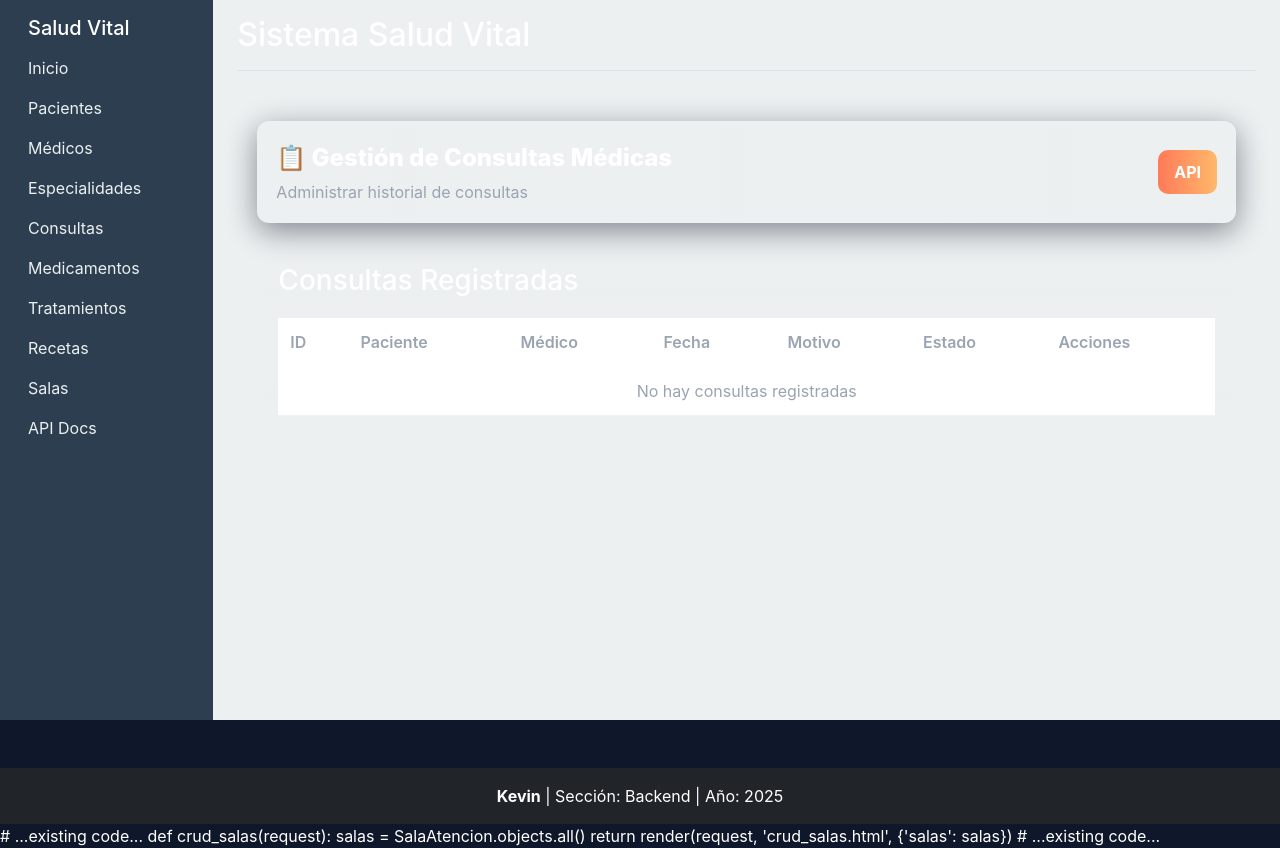
Repository: KeviNozh/eva2_clinica
Page: templates/crud_consultas.html
These files come from the project's save history. The page is drawn as it stood at one moment and after the next save; the edit follows.
The browser window is 1280 px wide. The pictures show the whole page.
The template is drawn by Django 5.2. The application's start-up code is not run. Other server files are loaded and not shown. The template is opened directly, without the code that normally fills it, so the values that code supplies are empty.

Above is the page before, as saved 2025-10-14 14:52:51.

### templates/crud_consultas.html
{% extends 'crud_base.html' %}

{% block crud_content %}
<header class="crud-header">
  <div>
    <div class="crud-title">📋 Gestión de Consultas Médicas</div>
    <div class="crud-subtitle">Administrar historial de consultas</div>
  </div>
  <div class="crud-actions">
    <a href="/api/consultas/" class="btn btn-secondary" target="_blank">API</a>
  </div>
</header>

<div class="crud-card">
  <h3>Consultas Registradas</h3>
  <table class="table">
    <thead>
      <tr>
        <th>ID</th>
        <th>Paciente</th>
        <th>Médico</th>
        <th>Fecha</th>
        <th>Motivo</th>
        <th>Estado</th>
        <th>Acciones</th>
      </tr>
    </thead>
    <tbody>
      {% for consulta in consultas %}
      <tr>
        <td>{{ consulta.id }}</td>
        <td>{{ consulta.paciente.nombre }} {{ consulta.paciente.apellido }}</td>
        <td>{{ consulta.medico.nombre }} {{ consulta.medico.apellido }}</td>
        <td>{{ consulta.fecha|date:"d/m/Y H:i" }}</td>
        <td>{{ consulta.motivo }}</td>
        <td>
          {% if consulta.estado == 'realizada' %}
            <span style="color: #34d399;">Realizada</span>
          {% elif consulta.estado == 'programada' %}
            <span style="color: #fbbf24;">Programada</span>
          {% else %}
            <span style="color: #ef4444;">Cancelada</span>
          {% endif %}
        </td>
        <td class="action-buttons">
          <a href="#" class="btn btn-edit btn-small">Editar</a>
          <form method="POST" action="{% url 'crud:eliminar_consulta' consulta.id %}" style="display: inline;">
            {% csrf_token %}
            <button type="submit" class="btn btn-delete btn-small" onclick="return confirm('¿Eliminar consulta?')">Eliminar</button>
            <!-- Botón Editar -->
<a href="{% url 'crud:editar_consulta' consulta.id %}" class="btn btn-edit btn-small">Editar</a>

<!-- Botón Eliminar -->
<form method="POST" action="{% url 'crud:eliminar_consulta' consulta.id %}" style="display: inline;">
    {% csrf_token %}
    <button type="submit" class="btn btn-delete btn-small" onclick="return confirm('¿Eliminar consulta?')">Eliminar</button>
</form>
          </form>
        </td>
      </tr>
      {% empty %}
      <tr>
        <td colspan="7" style="text-align: center; color: var(--muted);">No hay consultas registradas</td>
      </tr>
      {% endfor %}
    </tbody>
  </table>
</div>
{% endblock %}

### templates/crud_base.html
{% extends 'base.html' %}

{% block content %}
<!DOCTYPE html>
<html lang="es">
<head>
  <meta charset="utf-8" />
  <meta name="viewport" content="width=device-width,initial-scale=1" />
  <style>
  :root{
    --bg:#0f172a; --white:#ffffff; --muted:#9aa4b2;
    --c1-start:#7c3aed; --c1-end:#06b6d4;
    --c2-start:#ff7a59; --c2-end:#ffb86b;
    --radius:14px; --shadow-lg: 0 18px 60px rgba(2,6,23,0.5);
  }
  *{box-sizing:border-box}
  body{background:var(--bg);color:var(--white);margin:0;font-family:Inter,sans-serif;}
  .crud-container{max-width:1200px;margin:30px auto;padding:20px}
  .crud-header{display:flex;align-items:center;gap:16px;padding:18px;border-radius:12px;
    background:linear-gradient(90deg,rgba(255,255,255,0.03),rgba(255,255,255,0.02));
    border:1px solid rgba(255,255,255,0.04);box-shadow:0 8px 30px rgba(2,6,23,0.45);margin-bottom:20px}
  .crud-title{font-weight:800;font-size:24px}
  .crud-subtitle{color:var(--muted);margin-top:4px}
  .crud-actions{display:flex;gap:10px;margin-left:auto}
  .btn{padding:10px 16px;border-radius:10px;border:0;font-weight:700;cursor:pointer;color:var(--white)}
  .btn-primary{background:linear-gradient(90deg,var(--c1-start),var(--c1-end))}
  .btn-secondary{background:linear-gradient(90deg,var(--c2-start),var(--c2-end))}
  .crud-grid{display:grid;gap:16px;margin-top:20px}
  .crud-card{background:linear-gradient(180deg,rgba(255,255,255,0.02),rgba(255,255,255,0.01));
    padding:20px;border-radius:12px;border:1px solid rgba(255,255,255,0.03)}
  .form-group{margin-bottom:15px}
  .form-label{display:block;margin-bottom:5px;color:var(--muted);font-weight:600}
  .form-input{width:100%;padding:10px;border-radius:8px;border:1px solid rgba(255,255,255,0.1);
    background:rgba(255,255,255,0.05);color:var(--white)}
  .table{width:100%;border-collapse:collapse;margin-top:20px}
  .table th,.table td{padding:12px;text-align:left;border-bottom:1px solid rgba(255,255,255,0.1)}
  .table th{color:var(--muted);font-weight:600}
  .action-buttons{display:flex;gap:8px}
  .btn-small{padding:6px 12px;font-size:12px;border-radius:6px}
  .btn-edit{background:linear-gradient(90deg,#3b82f6,#06b6d4)}
  .btn-delete{background:linear-gradient(90deg,#ef4444,#f97316)}
  </style>
</head>
<body>
  <div class="crud-container">
    {% block crud_content %}
    {% endblock %}
  </div>
</body>
</html>
{% endblock %}

### templates/base.html
<!DOCTYPE html>
<html lang="es">
<head>
    <meta charset="UTF-8">
    <meta name="viewport" content="width=device-width, initial-scale=1.0">
    <title>Sistema Salud Vital</title>
    <link href="https://cdn.jsdelivr.net/npm/bootstrap@5.3.0/dist/css/bootstrap.min.css" rel="stylesheet">
    <style>
        .sidebar {
            min-height: 100vh;
            background-color: #2c3e50;
        }
        .sidebar .nav-link {
            color: #ecf0f1;
        }
        .sidebar .nav-link:hover {
            background-color: #34495e;
        }
        .main-content {
            background-color: #ecf0f1;
        }
    </style>
</head>
<body>
    <div class="container-fluid">
        <div class="row">
            <!-- Sidebar -->
            <nav class="col-md-3 col-lg-2 d-md-block sidebar collapse">
                <div class="position-sticky pt-3">
                    <h5 class="text-white px-3">Salud Vital</h5>
                    <ul class="nav flex-column">
                        <li class="nav-item">
                            <a class="nav-link" href="{% url 'inicio' %}">Inicio</a>
                        </li>
                        <li class="nav-item">
                            <a class="nav-link" href="{% url 'crud:crud_pacientes' %}">Pacientes</a>
                        </li>
                        <li class="nav-item">
                            <a class="nav-link" href="{% url 'crud:crud_medicos' %}">Médicos</a>
                        </li>
                        <li class="nav-item">
                            <a class="nav-link" href="{% url 'crud:crud_especialidades' %}">Especialidades</a>
                        </li>
                        <li class="nav-item">
                            <a class="nav-link" href="{% url 'crud:crud_consultas' %}">Consultas</a>
                        </li>
                        <li class="nav-item">
                            <a class="nav-link" href="{% url 'crud:crud_medicamentos' %}">Medicamentos</a>
                        </li>
                        <li class="nav-item">
                            <a class="nav-link" href="{% url 'crud:crud_tratamientos' %}">Tratamientos</a>
                        </li>
                        <li class="nav-item">
                            <a class="nav-link" href="{% url 'crud:crud_recetas' %}">Recetas</a>
                        </li>
                        <li class="nav-item">
                            <a class="nav-link" href="{% url 'crud:crud_salas' %}">Salas</a>
                        </li>
                        <li class="nav-item">
                            <a class="nav-link" href="/api/swagger/" target="_blank">API Docs</a>
                        </li>
                    </ul>
                </div>
            </nav>

            <!-- Main content -->
            <main class="col-md-9 ms-sm-auto col-lg-10 px-md-4 main-content">
                <div class="d-flex justify-content-between flex-wrap flex-md-nowrap align-items-center pt-3 pb-2 mb-3 border-bottom">
                    <h1 class="h2">{% block title %}Sistema Salud Vital{% endblock %}</h1>
                </div>

                <!-- Mensajes -->
                {% if messages %}
                <div class="messages">
                    {% for message in messages %}
                    <div class="alert alert-{{ message.tags }} alert-dismissible fade show" role="alert">
                        {{ message }}
                        <button type="button" class="btn-close" data-bs-dismiss="alert"></button>
                    </div>
                    {% endfor %}
                </div>
                {% endif %}

                <!-- Contenido principal -->
                {% block content %}
                {% endblock %}
            </main>
        </div>
    </div>

    <!-- Footer -->
    <footer class="bg-dark text-white text-center py-3 mt-5">
        <div class="container">
            <p class="mb-0">
                <strong>Kevin</strong> | Sección: Backend | Año: 2025
            </p>
        </div>
    </footer>

    <script src="https://cdn.jsdelivr.net/npm/bootstrap@5.3.0/dist/js/bootstrap.bundle.min.js"></script>
    {% block scripts %}
    {% endblock %}
</body>
</html># ...existing code...

def crud_salas(request):
    salas = SalaAtencion.objects.all()
    return render(request, 'crud_salas.html', {'salas': salas})

# ...existing code...

After the next save:
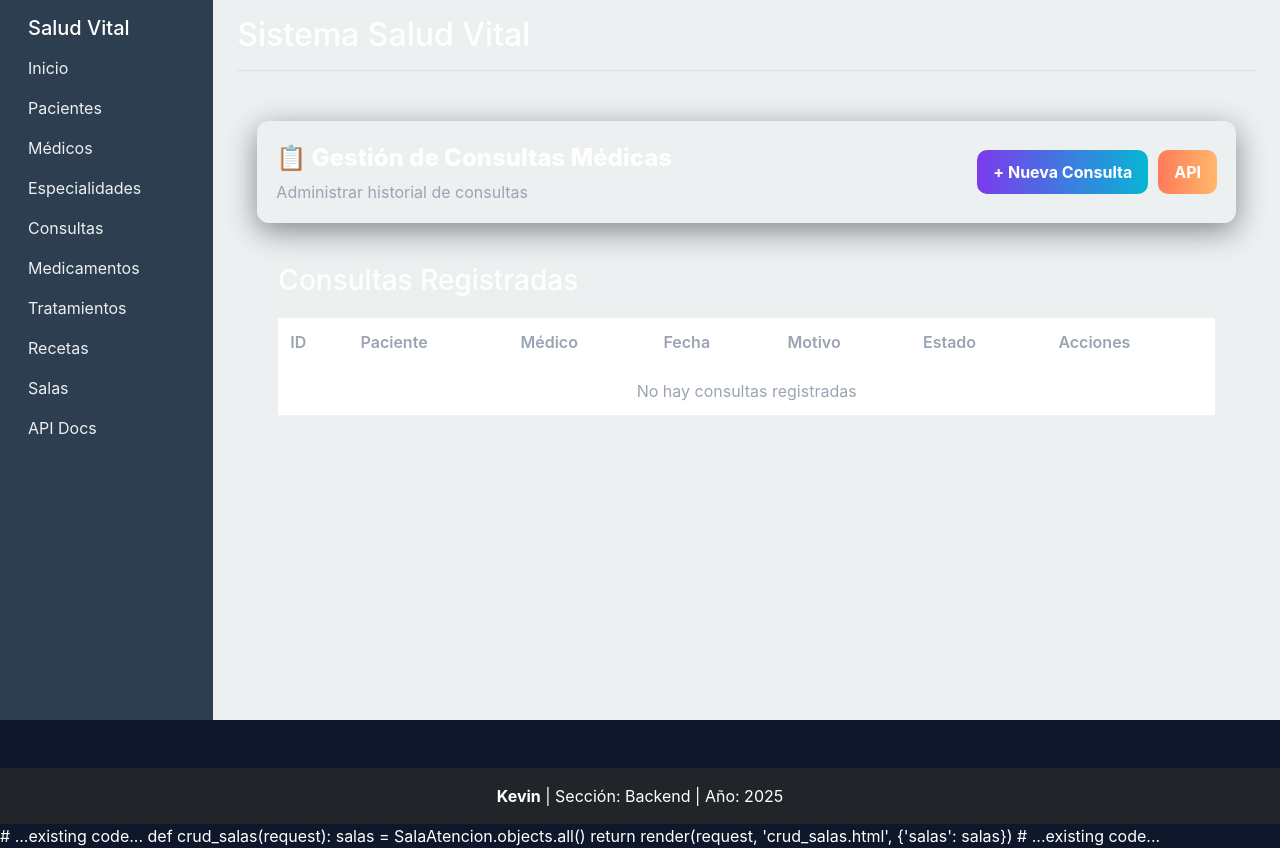
Saved 3 min 57 s later.
--- a/templates/crud_consultas.html
+++ b/templates/crud_consultas.html
@@ -7,6 +7,7 @@
     <div class="crud-subtitle">Administrar historial de consultas</div>
   </div>
   <div class="crud-actions">
+    <a href="{% url 'crud:crear_consulta' %}" class="btn btn-primary">+ Nueva Consulta</a>
     <a href="/api/consultas/" class="btn btn-secondary" target="_blank">API</a>
   </div>
 </header>
@@ -43,18 +44,12 @@
           {% endif %}
         </td>
         <td class="action-buttons">
-          <a href="#" class="btn btn-edit btn-small">Editar</a>
+          <!-- Botón Editar -->
+          <a href="{% url 'crud:editar_consulta' consulta.id %}" class="btn btn-edit btn-small">Editar</a>
+          <!-- Botón Eliminar -->
           <form method="POST" action="{% url 'crud:eliminar_consulta' consulta.id %}" style="display: inline;">
             {% csrf_token %}
             <button type="submit" class="btn btn-delete btn-small" onclick="return confirm('¿Eliminar consulta?')">Eliminar</button>
-            <!-- Botón Editar -->
-<a href="{% url 'crud:editar_consulta' consulta.id %}" class="btn btn-edit btn-small">Editar</a>
-
-<!-- Botón Eliminar -->
-<form method="POST" action="{% url 'crud:eliminar_consulta' consulta.id %}" style="display: inline;">
-    {% csrf_token %}
-    <button type="submit" class="btn btn-delete btn-small" onclick="return confirm('¿Eliminar consulta?')">Eliminar</button>
-</form>
           </form>
         </td>
       </tr>
